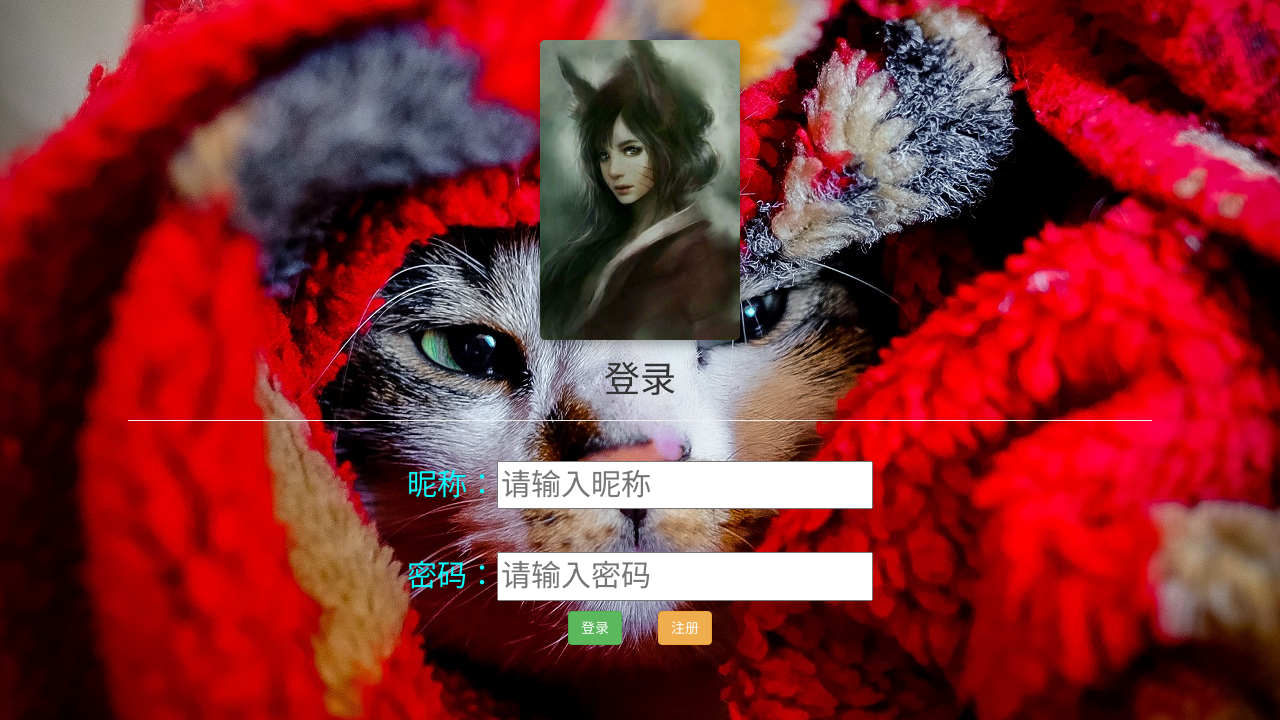
Repository: JuniorProjectTraining/free
Page: http://localhost/emss/login.jsp
The author's editor kept a copy of each file at every save. The page is drawn from the files as they stood at one save, then again after the next save.
The browser window is 1280 px wide. The pictures show the whole page.
Some web libraries are served in a nearby version. The page is served by Tomcat 9.

Above is the page before, as saved 2019-12-25 14:02:33.

After the next save:
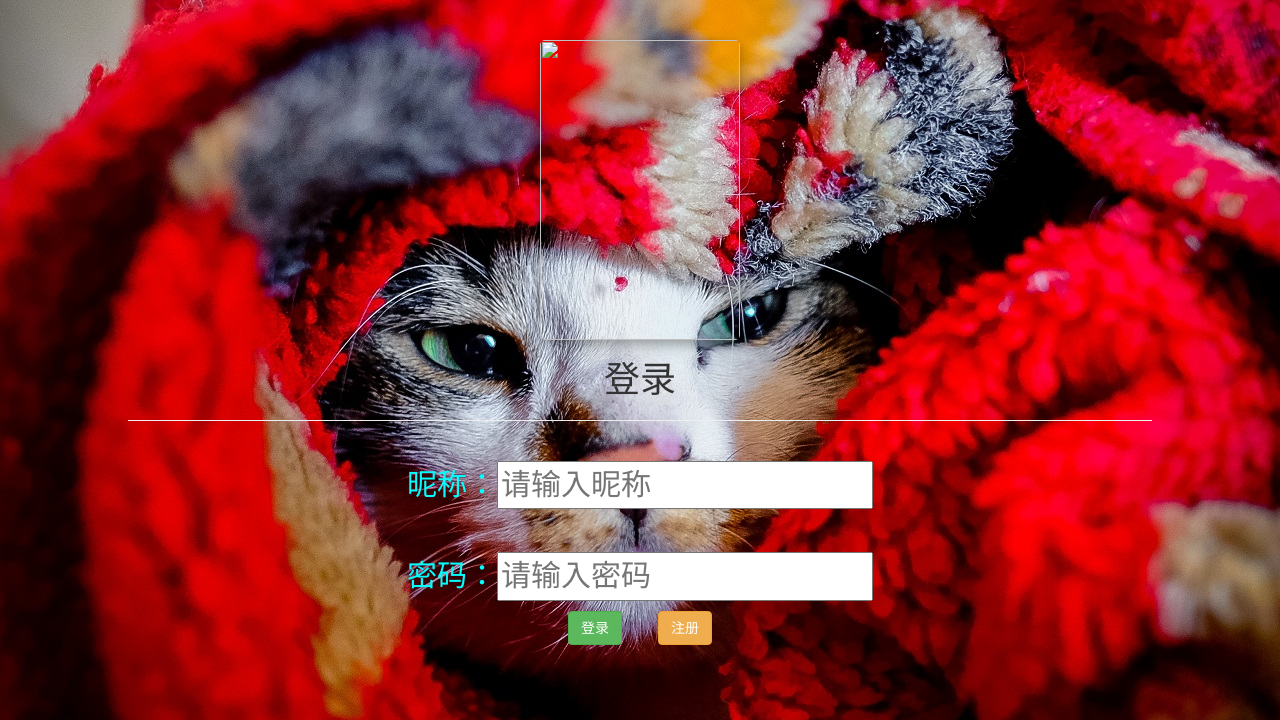
Not found: emss/emss/image/tu1.jpeg
Saved 5 min 52 s later.
--- a/emss/src/main/webapp/login.jsp
+++ b/emss/src/main/webapp/login.jsp
@@ -53,7 +53,7 @@
 	<div id="beijing">
 	<br>
 	<br>
-		<img id="n" src="./image/ali_27.jpeg">
+		<img id="n" src="./image/tu1.jpeg">
 		<h1 Style="text-align: center;">登录</h1>
 		<hr width="80%">
 

After the save that followed:
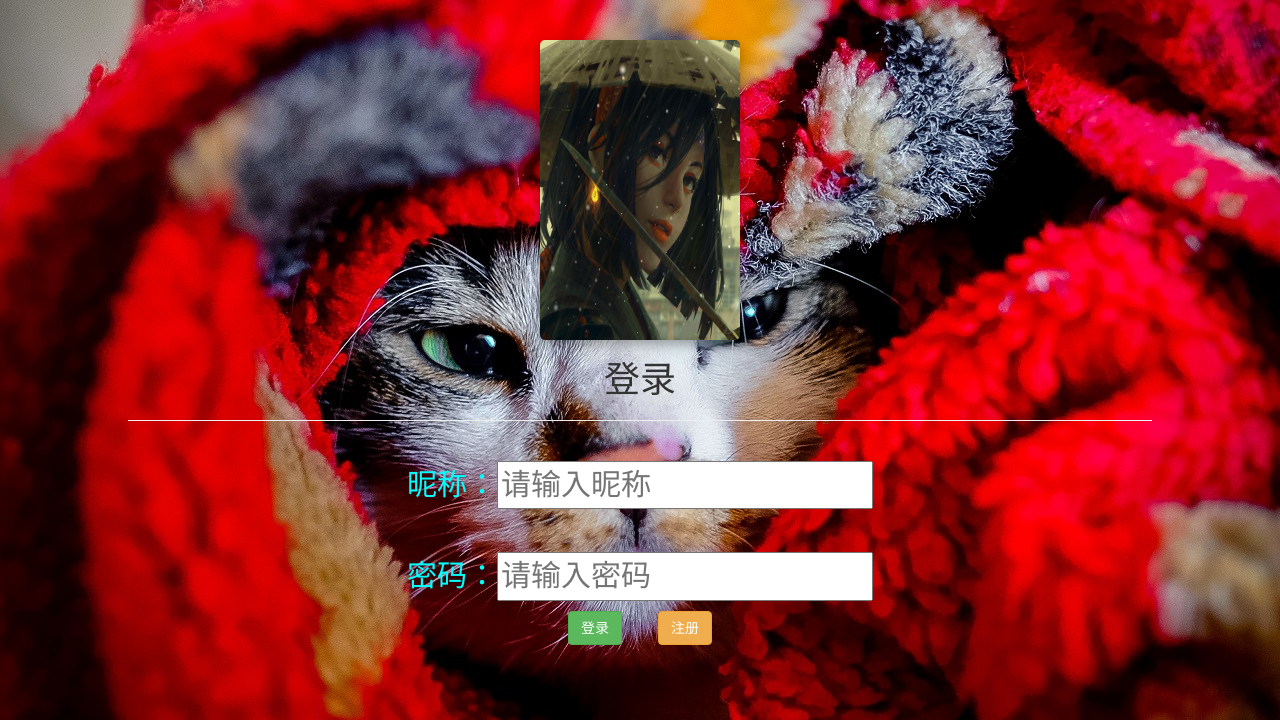
Saved 63 s later.
--- a/emss/src/main/webapp/login.jsp
+++ b/emss/src/main/webapp/login.jsp
@@ -53,7 +53,7 @@
 	<div id="beijing">
 	<br>
 	<br>
-		<img id="n" src="./image/tu1.jpeg">
+		<img id="n" src="./image/tu1.png">
 		<h1 Style="text-align: center;">登录</h1>
 		<hr width="80%">
 
